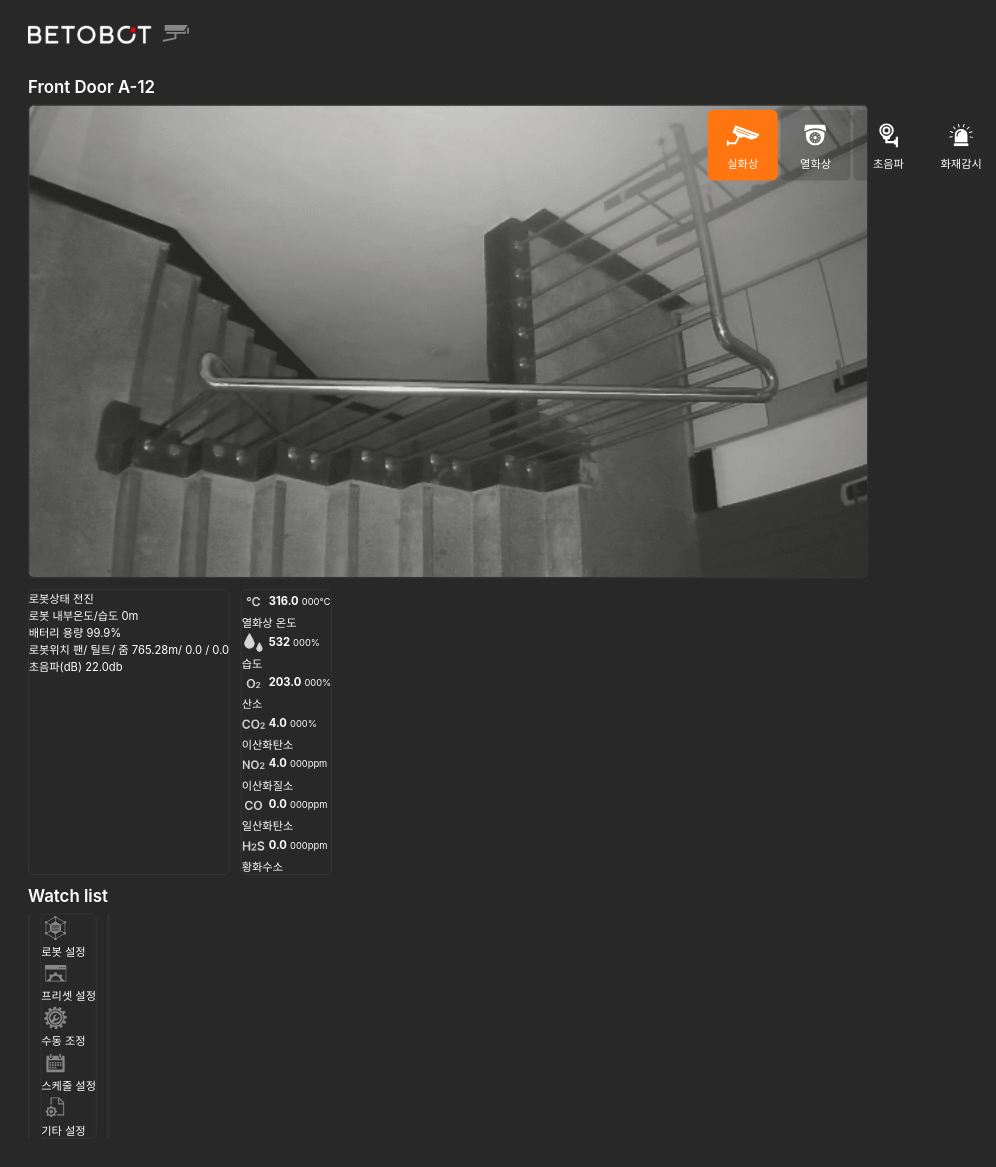
Repository: jang0ha/betobot
Page: content/main/main.html
The author's editor kept a copy of each file at every save. The page is drawn from the files as they stood at one save, then again after the next save.
The browser window is 1280 px wide. The page is 1423 px wide, then 1280 px, so the pictures cover 1423 px, including what lies to the right of the window. The pictures show the whole page, at 70% of full size.
Some web fonts or font styles are not loaded; a fallback is used. The style sheet was rebuilt from its Sass, Less or Tailwind sources for each picture, by a compiler version that may differ from the author's.

Above is the page before, as saved 2022-07-12 17:36:42.

### content/main/main.html
<!DOCTYPE html>
<html lang="en">

<head>
    <meta charset="UTF-8">
    <meta http-equiv="X-UA-Compatible" content="IE=edge">
    <meta name="viewport" content="width=device-width, initial-scale=1.0">
    <meta name="viewport" content="width=device-width, user-scalable=no, initial-scale=1.0">
    <meta name="format-detection" content="telephone=no">
    <title>BETOBOT</title>

    <!-- 스타일 css -->
    <link rel="stylesheet" href="/resources/css/style.css">



    <!-- 제이쿼리 js -->
    <script src="/resources/js/jquery/jquery.min.js"></script>
    <script src="/resources/lib/jquery-ui/jquery-ui.min.js"></script>

    <!-- gsap -->
    <script src="/resources/lib/gsap/gsap.min.js"></script>
</head>
<body id="main">
    <div id="wrap">
        <!-- 헤더 -->
        <div id="header-block">
            <header>
                <div class="container">
                    <div class="header-wrap">
                        <a href="/content/main/main.html" class="logo-wrap">
                            <img src="../../resources/images/icon-logo.png" alt="BETOBOT 로고 이미지" class="logo">
                            <img src="../../resources/images/icon-camera.svg" alt="로고 카메라 이미지" class="logo-camera">
                        </a>
                    </div>
                </div>
            </header>
        </div>

        <!-- 컨텐츠 -->
        <div id="content-block">
            <main id="content" role="main">
                <div class="container">
                    <div class="row-wrap">
                        <div class="left-container">
                            <div class="title">Front Door A-12</div>
                            <div class="row-wrap">
                                <div class="front-list-wrap card" style="background-image:url('../../resources/images/@sample-front-img.png')">
                                    <div class="front-btn-wrap">
                                        <ul>
                                            <li>
                                                <a href="javascript:;"  class="active">
                                                    <i class="icon-front-camera"></i>
                                                    <p>실화상</p>
                                                </a>
                                            </li>
                                            <li>
                                                <a href="javascript:;" >
                                                    <i class="icon-front-temper"></i>
                                                    <p>열화상</p>
                                                </a>
                                            </li>
                                            <li>
                                                <a href="javascript:;">
                                                    <i class="icon-front-wave"></i>
                                                    <p>초음파</p>
                                                </a>
                                            </li>
                                            <li>
                                                <a href="javascript:;">
                                                    <i class="icon-front-fire"></i>
                                                    <p>화재감시</p>
                                                </a>
                                            </li>
                                        </ul>
                                    </div>
                                </div>

                                <div class="robot-information-wrap card">
                                    <div class="front-btn-wrap">
                                        <ul>
                                            <li>
                                                <span class="index">로봇상태</span>
                                                <span class="index-information">전진</span>
                                            </li>
                                            <li>
                                                <span class="index">로봇 내부온도/습도</span>
                                                <span class="index-information">0m</span>
                                            </li>
                                            <li>
                                                <span class="index">배터리 용량</span>
                                                <span class="index-information">99.9%</span>
                                            </li>
                                            <li>
                                                <span class="index">로봇위치 팬/ 틸트/ 줌</span>
                                                <span class="index-information">765.28m/ 0.0 / 0.0</span>
                                            </li>
                                            <li>
                                                <span class="index">초음파(dB)</span>
                                                <span class="index-information">22.0db</span>
                                            </li>
                                        </ul>
                                    </div>
                                </div>

                                <div class="sensor-information-wrap card">
                                    <ul>
                                        <li>
                                            <i class="icon-info-temper"></i>
                                            <strong>316.0</strong>
                                            <small>000℃</small>
                                            <p class="name">열화상 온도</p>
                                        </li>
                                        <li>
                                            <i class="icon-info-humidity"></i>
                                            <strong>532</strong>
                                            <small>000%</small>
                                            <p class="name">습도</p>
                                        </li>
                                        <li>
                                            <i class="icon-info-o2"></i>
                                            <strong>203.0</strong>
                                            <small>000%</small>
                                            <p class="name">산소</p>
                                        </li>
                                        <li>
                                            <i class="icon-info-co2"></i>
                                            <strong>4.0</strong>
                                            <small>000%</small>
                                            <p class="name">이산화탄소</p>
                                        </li>
                                        <li>
                                            <i class="icon-info-no2"></i>
                                            <strong>4.0</strong>
                                            <small>000ppm</small>
                                            <p class="name">이산화질소</p>
                                        </li>
                                        <li>
                                            <i class="icon-info-co"></i>
                                            <strong>0.0</strong>
                                            <small>000ppm</small>
                                            <p class="name">일산화탄소</p>
                                        </li>
                                        <li>
                                            <i class="icon-info-h2s"></i>
                                            <strong>0.0</strong>
                                            <small>000ppm</small>
                                            <p class="name">황화수소</p>
                                        </li>
                                    </ul>
                                </div>
                            </div>
                        </div>
                        <div class="right-contianer">
                            <div class="title">Watch list</div>
                            <div class="row-wrap">
                                <div class="watch-list-wrap card"></div>
                                <div class="watch-list-btn-wrap card">
                                    <ul>
                                        <li>
                                            <a href="">
                                                <i class="icon-menu-robot"></i>
                                                <p>로봇 설정</p>
                                            </a>
                                        </li>
                                        <li>
                                            <a href="">
                                                <i class="icon-menu-preset"></i>
                                                <p>프리셋 설정</p>
                                            </a>
                                        </li>
                                        <li>
                                            <a href="">
                                                <i class="icon-menu-handwork"></i>
                                                <p>수동 조정</p>
                                            </a>
                                        </li>
                                        <li>
                                            <a href="">
                                                <i class="icon-menu-schedule"></i>
                                                <p>스케줄 설정</p>
                                            </a>
                                        </li>
                                        <li>
                                            <a href="">
                                                <i class="icon-menu-etc"></i>
                                                <p>기타 설정</p>
                                            </a>
                                        </li>
                                    </ul>
                                </div>
                                <div class="watch-map card">

                                </div>
                            </div>
                        </div>
                    </div>
                </div>
            </main>
        </div>


        <!-- 푸터 -->
        <!-- <div id="footer-block">
            <footer>
            </footer>
        </div> -->
    </div>

    <!-- ui.js  -->
    <!-- <script src="/resources/js/ui.js"></script> -->

    <script>

    </script>
</body>

</html>

### resources/scss/style.scss
@import url('https://cdn.jsdelivr.net/gh/orioncactus/pretendard/dist/web/static/pretendard-dynamic-subset.css');

* {
    padding: 0;
    margin: 0;
}

html,body{
    margin:0;padding:0; width:100%; height:100%;
    font-family: 'Pretendard', -apple-system, BlinkMacSystemFont, system-ui, Roboto, 'Helvetica Neue', 'Segoe UI', 'Apple SD Gothic Neo', 'Noto Sans KR', 'Malgun Gothic', sans-serif;
    background:#282828;
    color:#fff;

    scrollbar-face-color: transparent;
	scrollbar-track-color: transparent;
	scrollbar-arrow-color: #fff;
	scrollbar-3dlight-color: none;
	scrollbar-shadow-color: #fff;
	scrollbar-darkshadow-color: none;
    scrollbar-color: #fff transparent;
    scrollbar-width: auto;
}
::-webkit-scrollbar{
	width: 8px;
	height: 8px;
	background-color: transparent;
}
::-webkit-scrollbar-track{
	border-radius: 0;
	background-color: transparent;
}
::-webkit-scrollbar-thumb{
	border-radius: 8px;
	background-color: #fff;
}
::-webkit-scrollbar-button {
    width: 0;
    height: 0;
}

ul,ol{
    list-style: none;
}
a{text-decoration: none; display: block; color:#fff;}

.container{
    width: calc(100% - 80px);
    padding:0 40px;
}


// 이미지
[class^=icon-]{display: inline-block;vertical-align: middle;background-repeat: no-repeat;background-position: 50% 50%; background-size: contain;}
[class^=icon-front-]{width:50px; height:50px;}
[class^=icon-info-]{width:34px; height:34px;}
[class^=icon-menu-]{width:40px; height:40px;}

.icon-front-camera{background-image: url('../images/icon-front-camera.svg');}
.icon-front-temper{background-image: url('../images/icon-front-temper.svg');}
.icon-front-wave{background-image: url('../images/icon-front-wave.svg');}
.icon-front-fire{background-image: url('../images/icon-front-fire.svg');}

.icon-info-temper{background-image: url('../images/icon-info-temper.png');}
.icon-info-humidity{background-image: url('../images/icon-info-humidity.png');}
.icon-info-o2{background-image: url('../images/icon-info-o2.png');}
.icon-info-co2{background-image: url('../images/icon-info-co2.png');}
.icon-info-no2{background-image: url('../images/icon-info-no2.png');}
.icon-info-co{background-image: url('../images/icon-info-co.png');}
.icon-info-h2s{background-image: url('../images/icon-info-h2s.png');}

.icon-menu-robot{background-image: url('../images/icon-menu-robot.svg');}
.icon-menu-preset{background-image: url('../images/icon-menu-preset.svg');}
.icon-menu-handwork{background-image: url('../images/icon-menu-handwork.svg');}
.icon-menu-schedule{background-image: url('../images/icon-menu-schedule.svg');}
.icon-menu-etc{background-image: url('../images/icon-menu-etc.svg');}


// 헤더
#header-block{
    padding:35px 0 5px 0;
    .logo-wrap{
        display: flex;
        align-items: flex-start;
        .logo{
            width: 176px;
            margin-right: 16px;
        }
    }
}

// 컨텐트
#content{
    padding:40px 0;
}

// 공통 시작
.row-wrap{
    display: flex;
    gap: 16px;
    flex-wrap: wrap;
}

.card{
    border-radius: 8px;
    border: solid 1px #393939;
}

.title{
    font-size: 24px;
    font-weight: 600;
    margin-bottom: 10px;
}

// 공통 끝

.left-container{
    flex:0 0 1200px;
}
.right-container{
    flex:0 0 auto;
}
.front-list-wrap{
    position: relative;
    width: 100%;
    height: 675px;
    .front-btn-wrap{
        position: absolute;
        right: 7px;
        top: 7px;
    }
    ul{
        display: flex;
        gap: 4px;
        li{
            flex:0 0 100px;
            a{
                display: flex;
                flex-direction: column;
                align-items: center;
                justify-content: center;
                padding:10px 0 13px 0;
                background-color: #2e2e2e40;
                border-radius: 8px;
                p{
                    margin-top: 4px;
                }
                &.active{
                    background-color: #ff7510;
                }
            }
        }
    }
}

Loaded but not shown: resources/js/jquery/jquery.min.js (library); resources/lib/jquery-ui/jquery-ui.min.js (library); resources/lib/gsap/gsap.min.js (library)

After the next save:
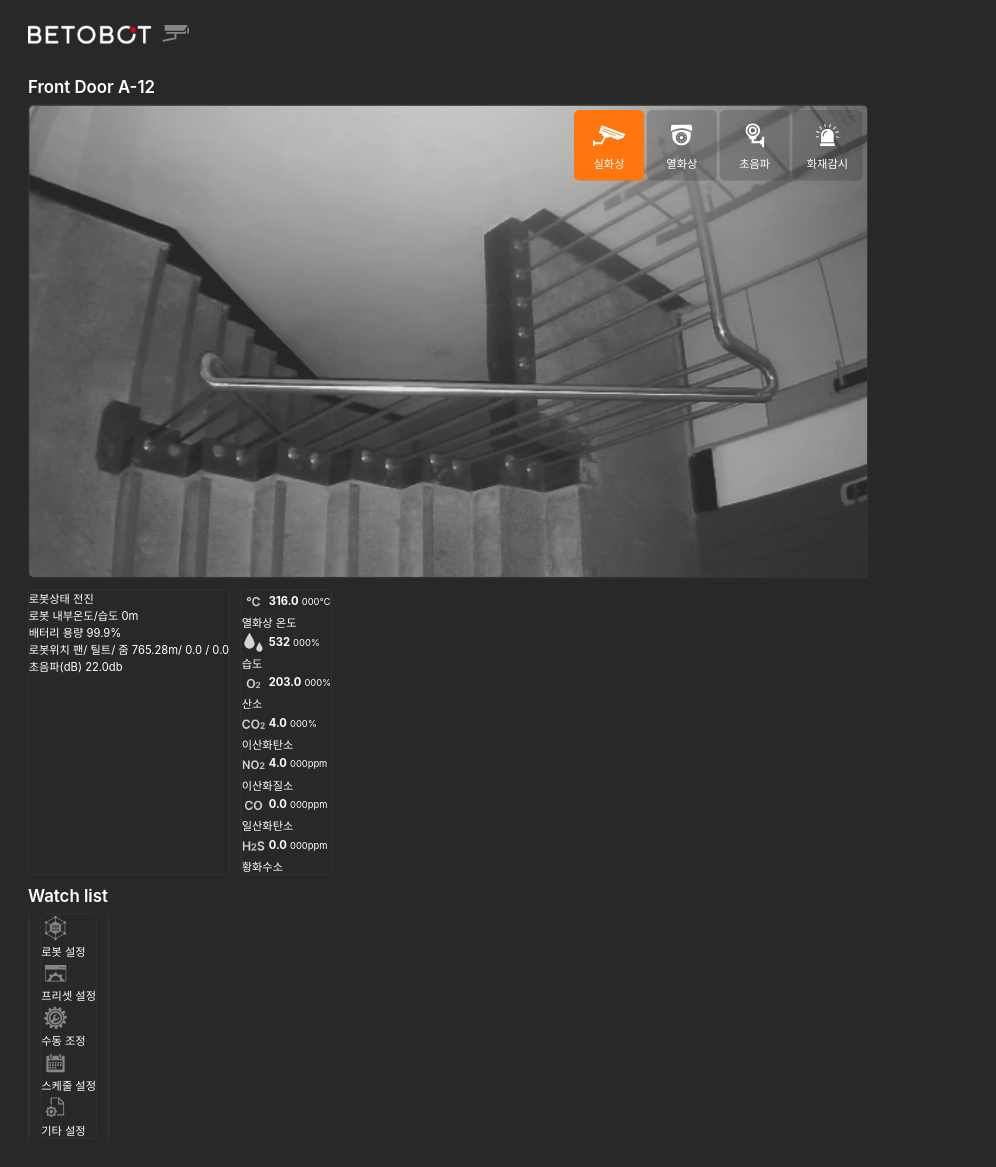
Saved 25 s later.
--- a/resources/scss/style.scss
+++ b/resources/scss/style.scss
@@ -129,10 +129,12 @@
         top: 7px;
     }
     ul{
-        display: flex;
+        display: grid;
+        grid-template-columns: 1fr 1fr 1fr 1fr;
         gap: 4px;
         li{
-            flex:0 0 100px;
+            width: 100px;
+            height:100px;
             a{
                 display: flex;
                 flex-direction: column;
